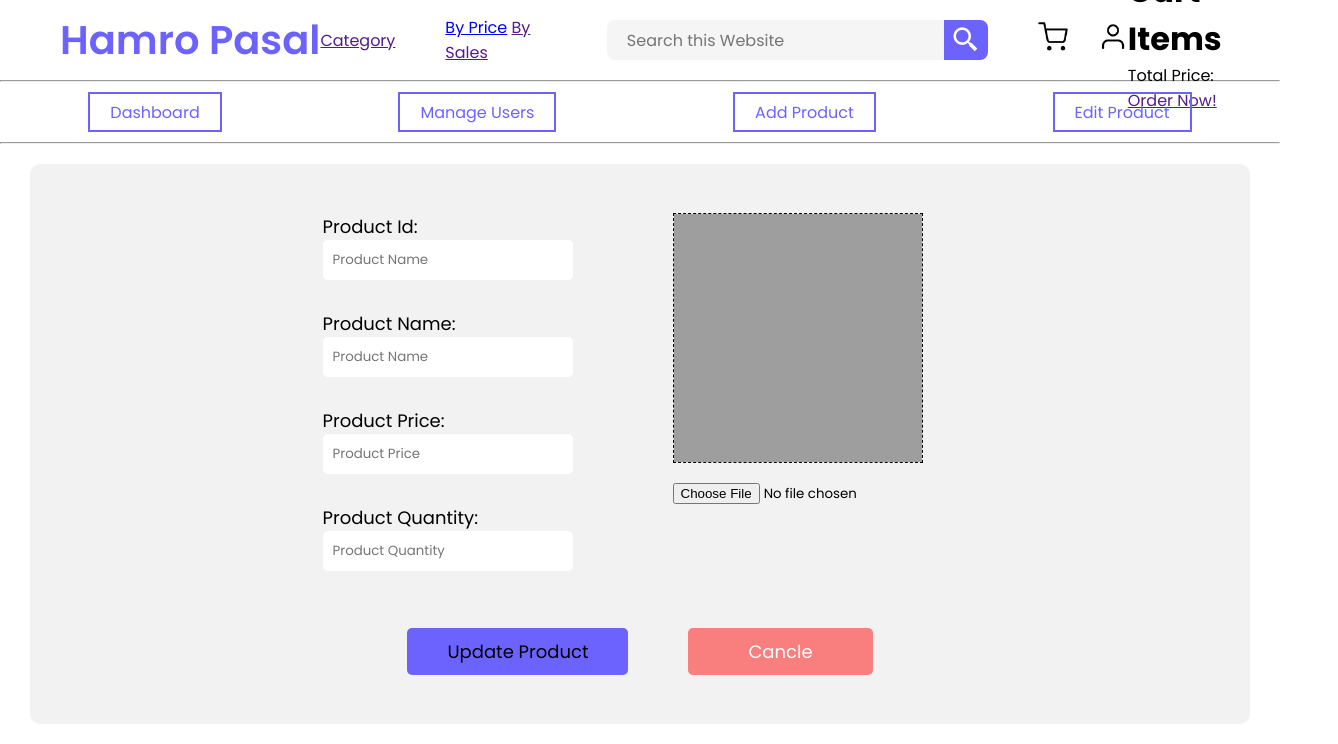
Repository: SuyogSky/Cloth-Shop
Page: http://localhost/HamroPasal/editproducts
These files come from the project's save history. The page is drawn as it stood at one moment and after the next save; the edit follows.
The browser window is 1280 px wide. The page is 1338 px wide, then 1280 px, so the pictures cover 1338 px, including what lies to the right of the window. The pictures show the whole page.
Pictures or frames that could not be fetched are drawn as grey boxes. Some web fonts or font styles are not loaded; a fallback is used. Some web libraries are served in a nearby version. The page is served by Tomcat 9. Queries for data that is not in the repository find no rows.

Above is the page before, as saved 2023-06-02 05:40:09.

After the next save:
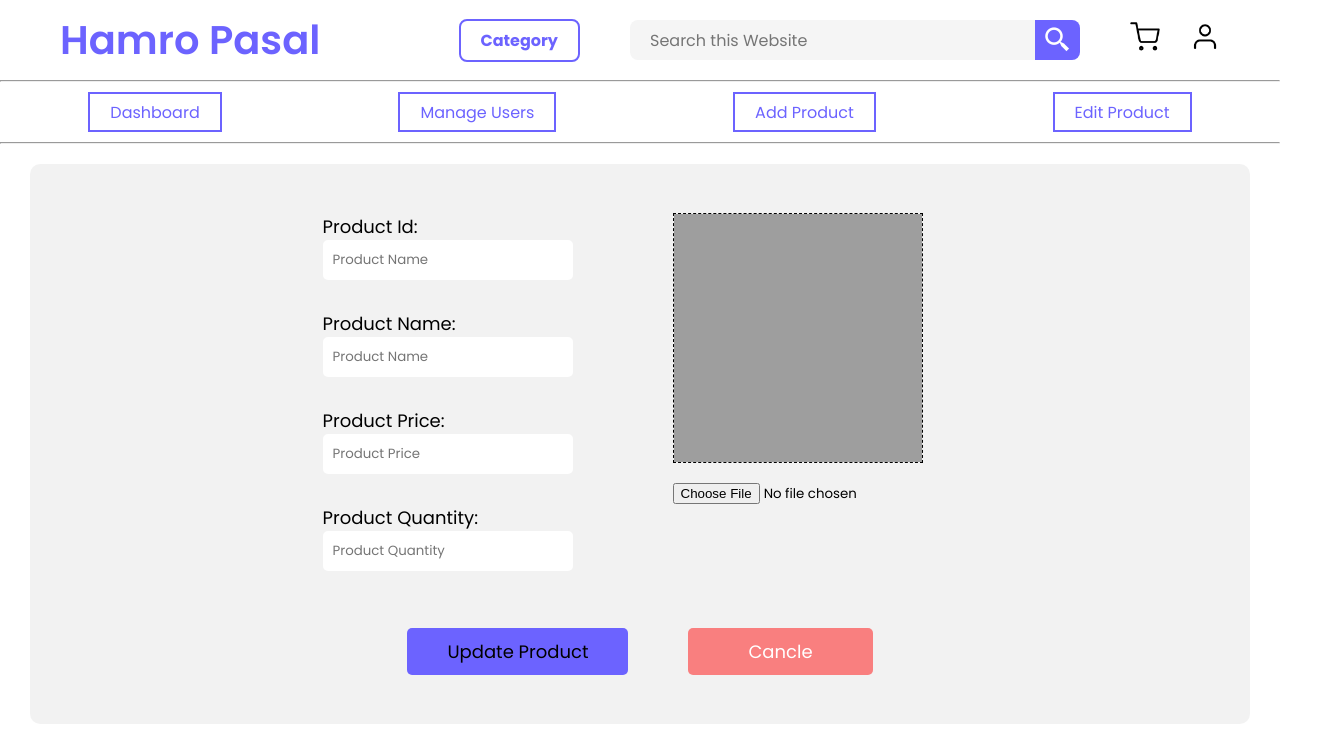
Saved 77 s later.
--- a/HamroPasal/src/main/webapp/View/EditProducts.jsp
+++ b/HamroPasal/src/main/webapp/View/EditProducts.jsp
@@ -7,7 +7,7 @@
 <title>Add Product</title>
 
 	<link rel="stylesheet" href="https://unpkg.com/boxicons@latest/css/boxicons.min.css">
-    <link rel="stylesheet" href="${pageContext.request.contextPath}/View/CSS/navb.css">
+    <link rel="stylesheet" href="${pageContext.request.contextPath}/View/CSS/navbar.css">
     <link rel="stylesheet" href="${pageContext.request.contextPath}/View/CSS/AddProduct.css">
     <link rel="preconnect" href="https://fonts.googleapis.com">
     <link rel="preconnect" href="https://fonts.gstatic.com" crossorigin>
